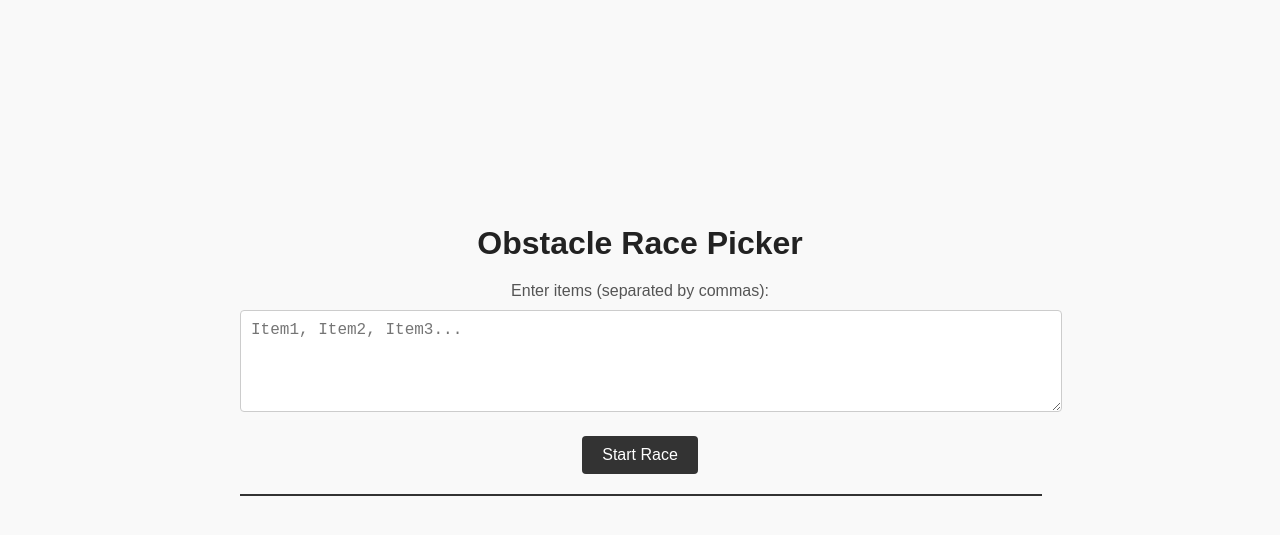
Repository: Anarchyve/race-picker
Page: index.html
The author's editor kept a copy of each file at every save. The page is drawn from the files as they stood at one save, then again after the next save.
The browser window is 1280 px wide. The pictures show the whole page.

Above is the page before, as saved 2024-11-17 19:37:58.

### index.html
<!DOCTYPE html>
<html lang="en">
<head>
    <meta charset="UTF-8">
    <meta name="viewport" content="width=device-width, initial-scale=1.0">
    <title>Responsive Obstacle Race</title>
    <link rel="stylesheet" href="styles.css">
</head>
<body>
    <div class="container">
        <h1>Obstacle Race Picker</h1>
        <p>Enter items (separated by commas):</p>
        <textarea id="items" placeholder="Item1, Item2, Item3..."></textarea>
        <button onclick="startRace()">Start Race</button>
        <div id="race-track"></div>
        <div id="result"></div>
    </div>
    <script src="script.js"></script>
</body>
</html>

### styles.css
/* 전체적인 Reset */
body {
    margin: 0;
    font-family: 'Arial', sans-serif;
    color: #333;
    background-color: #f9f9f9;
    display: flex;
    justify-content: center;
    align-items: center;
    height: 100vh;
    overflow: hidden;
}

.container {
    width: 80%;
    max-width: 800px;
    text-align: center;
}

h1 {
    font-size: 2rem;
    margin-bottom: 20px;
    color: #222;
}

p {
    font-size: 1rem;
    margin-bottom: 10px;
    color: #555;
}

textarea {
    width: 100%;
    height: 80px;
    margin-bottom: 20px;
    padding: 10px;
    font-size: 16px;
    border: 1px solid #ccc;
    border-radius: 4px;
    background-color: #fff;
    color: #333;
}

button {
    padding: 10px 20px;
    font-size: 16px;
    border: none;
    border-radius: 4px;
    background-color: #333;
    color: #fff;
    cursor: pointer;
    transition: background 0.3s ease;
}

button:hover {
    background-color: #555;
}

#race-track {
    position: relative;
    width: 100%;
    background-color: #eaeaea;
    border: 1px solid #333;
    overflow: hidden;
    margin: 20px 0;
}

.runner {
    position: absolute;
    background-color: #333;
    color: #fff;
    display: flex;
    justify-content: center;
    align-items: center;
    font-size: 1rem;
    font-weight: bold;
    text-align: center;
}

### script.js
function startRace() {
    const raceTrack = document.getElementById('race-track');
    const resultDiv = document.getElementById('result');
    const items = document.getElementById('items').value.split(',').map(item => item.trim());

    if (items.length < 2) {
        alert('Please enter at least 2 items!');
        return;
    }

    // Clear previous race track and results
    raceTrack.innerHTML = '';
    resultDiv.textContent = '';

    // Adjust race track height dynamically
    const runnerHeight = Math.max(40, Math.min(100, raceTrack.clientWidth / items.length)); // Dynamic height
    raceTrack.style.height = `${runnerHeight * items.length}px`;

    // Create runners
    const runners = items.map((item, index) => {
        const runner = document.createElement('div');
        runner.className = 'runner';
        runner.textContent = item;

        // Dynamically adjust runner size and position
        runner.style.width = `${runnerHeight}px`;
        runner.style.height = `${runnerHeight}px`;
        runner.style.lineHeight = `${runnerHeight}px`;
        runner.style.left = '0px';
        runner.style.bottom = `${index * runnerHeight}px`;

        raceTrack.appendChild(runner);
        return { element: runner, position: 0, name: item };
    });

    // Adjust speed and interval
    const speedFactor = 5;
    const intervalTime = 50;

    // Start the race
    let raceInterval = setInterval(() => {
        runners.forEach(runner => {
            runner.position += Math.random() * speedFactor;
            runner.element.style.left = `${runner.position}px`;

            if (runner.position >= raceTrack.clientWidth - runnerHeight) {
                clearInterval(raceInterval);
                resultDiv.innerHTML = `<h2>🎉 Winner: ${runner.name} 🎉</h2>`;
            }
        });
    }, intervalTime);
}

After the next save:
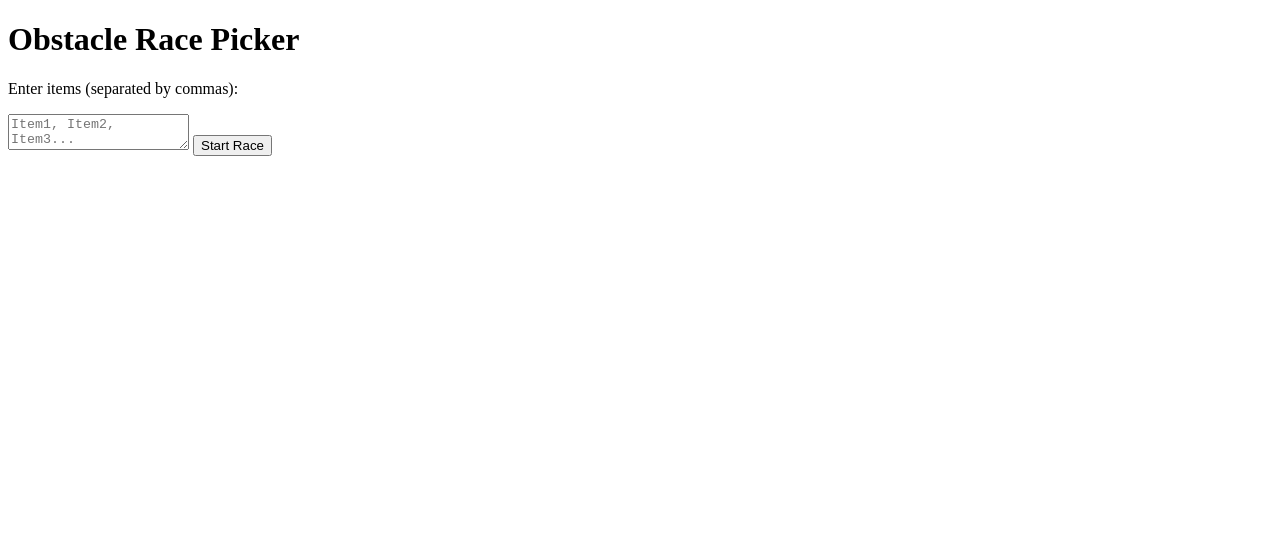
Saved 63 s later.
--- a/styles.css
+++ b/styles.css
@@ -1,78 +1,52 @@
-/* 전체적인 Reset */
-body {
-    margin: 0;
-    font-family: 'Arial', sans-serif;
-    color: #333;
-    background-color: #f9f9f9;
-    display: flex;
-    justify-content: center;
-    align-items: center;
-    height: 100vh;
-    overflow: hidden;
+function startRace() {
+    const raceTrack = document.getElementById('race-track');
+    const resultDiv = document.getElementById('result');
+    const items = document.getElementById('items').value.split(',').map(item => item.trim());
+
+    if (items.length < 2) {
+        alert('Please enter at least 2 items!');
+        return;
+    }
+
+    // Clear previous race track and results
+    raceTrack.innerHTML = '';
+    resultDiv.textContent = '';
+
+    // Adjust race track height dynamically
+    const runnerHeight = Math.max(40, Math.min(100, raceTrack.clientWidth / items.length)); // Dynamic height
+    raceTrack.style.height = `${runnerHeight * items.length}px`;
+
+    // Create runners
+    const runners = items.map((item, index) => {
+        const runner = document.createElement('div');
+        runner.className = 'runner';
+        runner.textContent = item;
+
+        // Dynamically adjust runner size and position
+        runner.style.width = `${runnerHeight}px`;
+        runner.style.height = `${runnerHeight}px`;
+        runner.style.lineHeight = `${runnerHeight}px`;
+        runner.style.left = '0px';
+        runner.style.bottom = `${index * runnerHeight}px`;
+
+        raceTrack.appendChild(runner);
+        return { element: runner, position: 0, name: item };
+    });
+
+    // Adjust speed and interval
+    const speedFactor = 5;
+    const intervalTime = 50;
+
+    // Start the race
+    let raceInterval = setInterval(() => {
+        runners.forEach(runner => {
+            runner.position += Math.random() * speedFactor;
+            runner.element.style.left = `${runner.position}px`;
+
+            if (runner.position >= raceTrack.clientWidth - runnerHeight) {
+                clearInterval(raceInterval);
+                resultDiv.innerHTML = `<h2>🎉 Winner: ${runner.name} 🎉</h2>`;
+            }
+        });
+    }, intervalTime);
 }
-
-.container {
-    width: 80%;
-    max-width: 800px;
-    text-align: center;
-}
-
-h1 {
-    font-size: 2rem;
-    margin-bottom: 20px;
-    color: #222;
-}
-
-p {
-    font-size: 1rem;
-    margin-bottom: 10px;
-    color: #555;
-}
-
-textarea {
-    width: 100%;
-    height: 80px;
-    margin-bottom: 20px;
-    padding: 10px;
-    font-size: 16px;
-    border: 1px solid #ccc;
-    border-radius: 4px;
-    background-color: #fff;
-    color: #333;
-}
-
-button {
-    padding: 10px 20px;
-    font-size: 16px;
-    border: none;
-    border-radius: 4px;
-    background-color: #333;
-    color: #fff;
-    cursor: pointer;
-    transition: background 0.3s ease;
-}
-
-button:hover {
-    background-color: #555;
-}
-
-#race-track {
-    position: relative;
-    width: 100%;
-    background-color: #eaeaea;
-    border: 1px solid #333;
-    overflow: hidden;
-    margin: 20px 0;
-}
-
-.runner {
-    position: absolute;
-    background-color: #333;
-    color: #fff;
-    display: flex;
-    justify-content: center;
-    align-items: center;
-    font-size: 1rem;
-    font-weight: bold;
-    text-align: center;
-}
